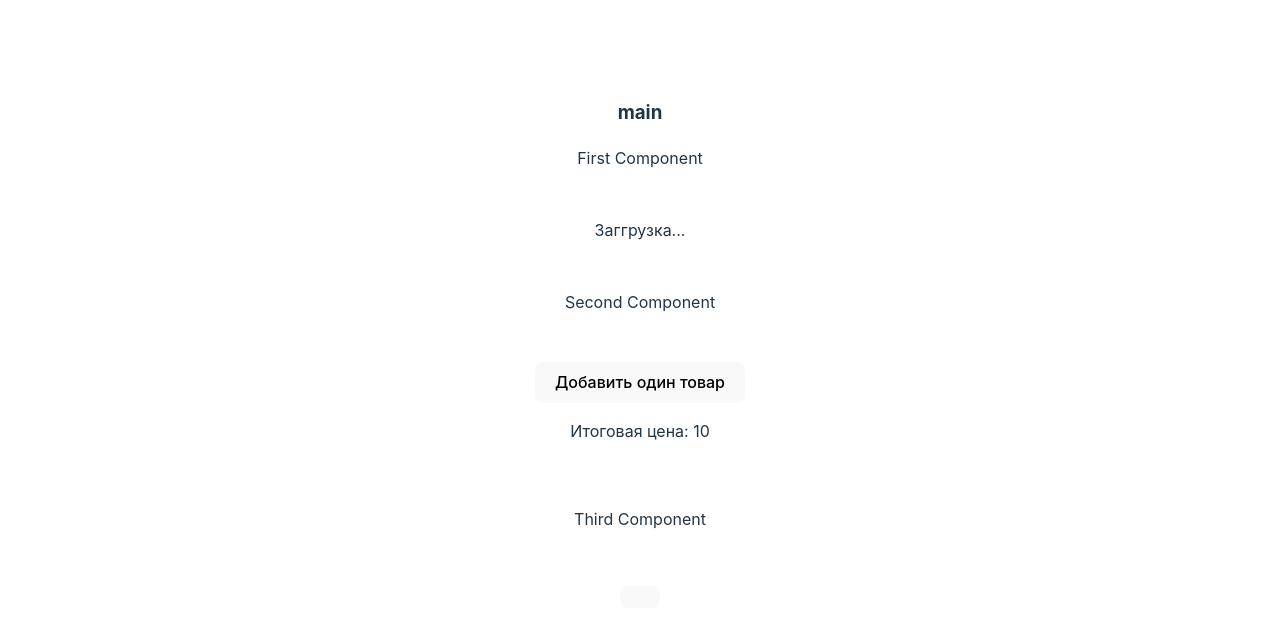
Repository: iveivs/ninim
Page: / (app in top-mistakes/)
These files come from the project's save history. The page is drawn as it stood at one moment and after a run of saves; the edit follows.
The browser window is 1280 px wide. The pictures show the whole page.
The page's requests for data from a server got no answer. The project was rebuilt for these pictures with package versions that can differ from the ones it lists, and the page was loaded fresh each time. No one was signed in, and anything a server would have sent is missing. Also part of the build but not shown: top-mistakes/vite.config.js.

Above is the page before, as saved 2024-02-03 19:04:21.

### top-mistakes/src/App.jsx
import { useState } from 'react'
import './App.css'
import First from './components/First'
import Second from './components/Second'
import Third from './components/Third'


function App() {
  const [count, setCount] = useState(0)

  return (
    <>
      <h3>main</h3>
      <First />
      <Second  />
      <Third  />
    </>
  )
}

export default App

### top-mistakes/src/components/First.jsx
import { useEffect, useState } from "react"

export default function First() {
    const [product, setProduct] = useState(null)
    const [loading, setLoading] = useState(true)

    useEffect(() => {
        fetch('https://dummyjson.com/products/1')
        .then(res => res.json())
        .then(json => {
            setProduct(json)
            setLoading(false)
        })

    }, [])
    return (
        <>
        <p>First Component</p>
        <div className="card">
            { loading ? 'Заггрузка...' : <>
            <h2>{product?.title}</h2>
            <h3>Description</h3>
            <p>{product?.description}</p>
            </>}
        </div>
        </>
    )
}

### top-mistakes/src/components/Second.jsx
import { useEffect, useState } from "react"

const PRICE_ITEM = 10

export default function Second() {
    const [quantity, setQuantity] = useState(1)
    // более простой вариант(он тоже будет перерисовываться)
    const totalPrice = quantity * PRICE_ITEM

    const hendleClick = () => {
        setQuantity(quantity + 1)
    }

    // Лишний useEffect
    // код ниже тоже работает, но он излишен, можно проще
    // const [totalPrice, setTotalprice] = useState(0)
    // useEffect( () => {
    //     setTotalprice( (prevQuantity) => {
    //         setTotalprice( quantity * PRICE_ITEM)
    //     })
    // }, [quantity])

    return (
        <>
            <p>Second Component</p>
            <div className="card">
                <button onClick={hendleClick}>Добавить один товар</button>
                <p>Итоговая цена: {totalPrice}</p>
            </div>
        </>
    )
}

### top-mistakes/src/components/Third.jsx
import { useEffect, useState } from "react"

// Counter
export default function Third() {
    const [count, setCount] = useState(0)

    return (
        <>
            <p>Third Component</p>
            <div className="card">
                <button></button>
            </div>
        </>
    )
}

Loaded but not shown: top-mistakes/index.html (common file); top-mistakes/src/main.jsx (common file); top-mistakes/src/index.css (common file); top-mistakes/src/App.css (common file)

After the next 4 saves:
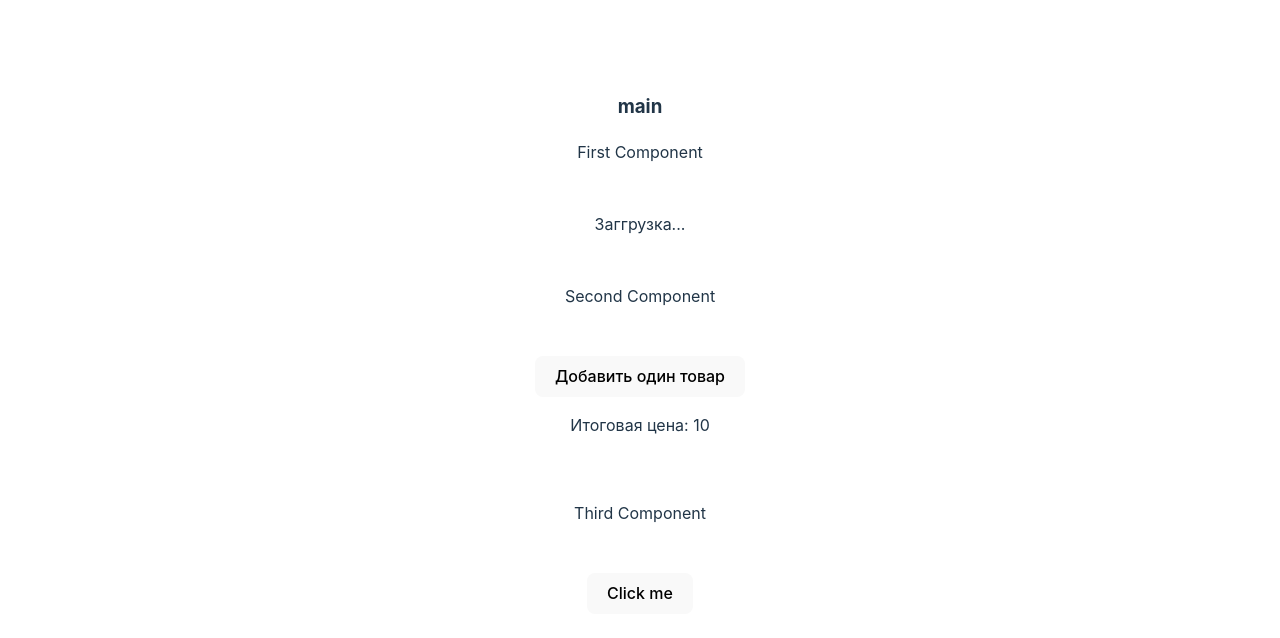
The 4 saves are shown as one change because they came seconds apart.
The last was saved 11 s later.
--- a/top-mistakes/src/components/Third.jsx
+++ b/top-mistakes/src/components/Third.jsx
@@ -8,7 +8,7 @@ export default function Third() {
         <>
             <p>Third Component</p>
             <div className="card">
-                <button></button>
+                <button >Click me</button>
             </div>
         </>
     )
